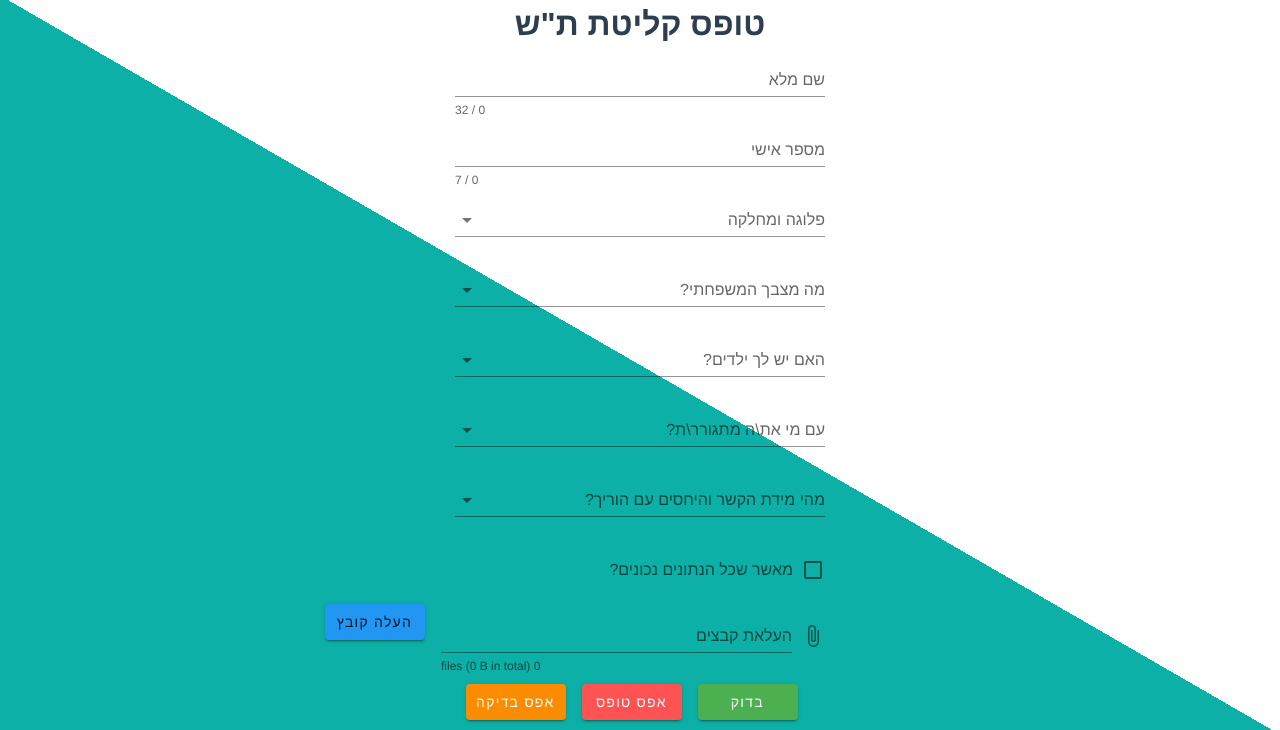
Repository: Natanhel/klitat-tash
Page: /
The author's editor kept a copy of each file at every save. The page is drawn from the files as they stood at one save, then again after the next save.
The browser window is 1280 px wide. The pictures show the whole page.
The page's requests for data from a server got no answer. The project was rebuilt for these pictures with package versions that can differ from the ones it lists, and the page was loaded fresh each time. No one was signed in, and anything a server would have sent is missing. Also part of the build but not shown: vue.config.js.

Above is the page before, as saved 2020-12-01 18:08:07.

After the next save:
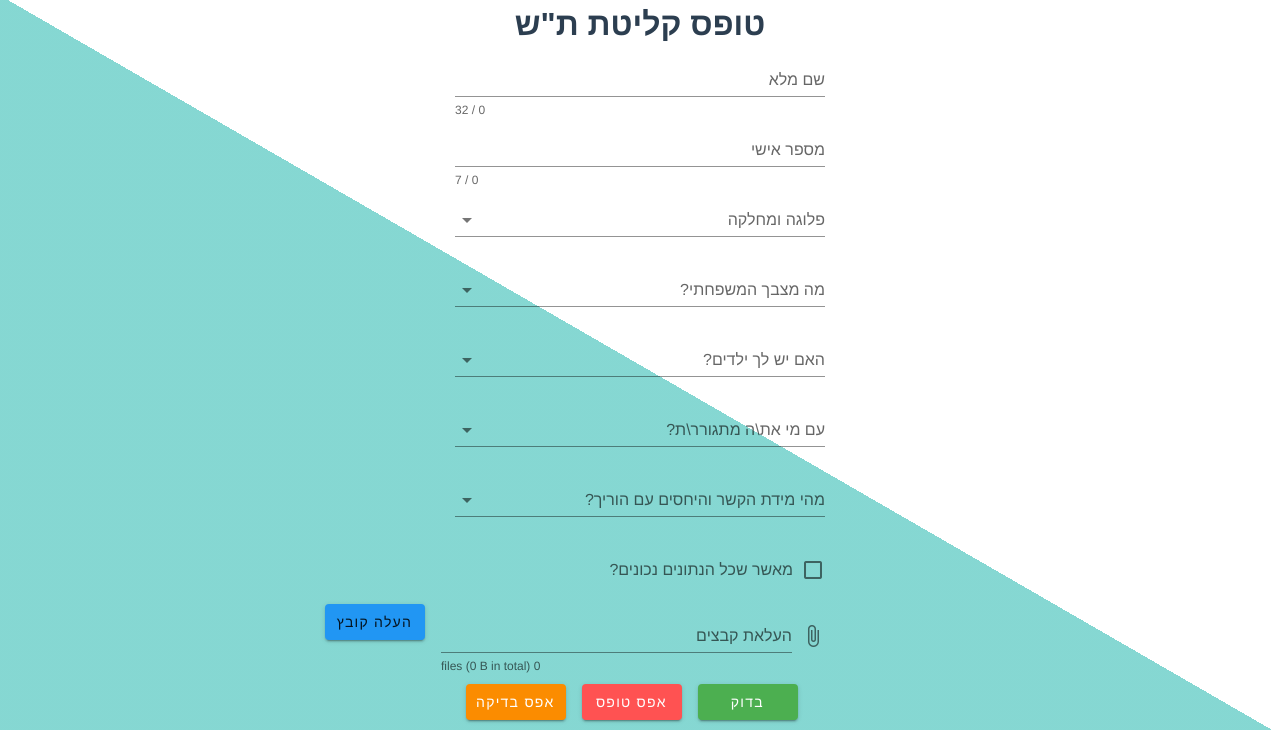
Saved 23 s later.
--- a/src/App.vue
+++ b/src/App.vue
@@ -274,6 +274,6 @@ form
 html
 {
   background: rgb(13,176,166);
-background: linear-gradient(30deg, rgba(13,176,166,1) 50%, rgba(255,255,255,1) 50%);
+background: linear-gradient(30deg, rgba(13,176,166,.5) 50%, rgba(255,255,255,1) 50%  );
 }
 </style>
